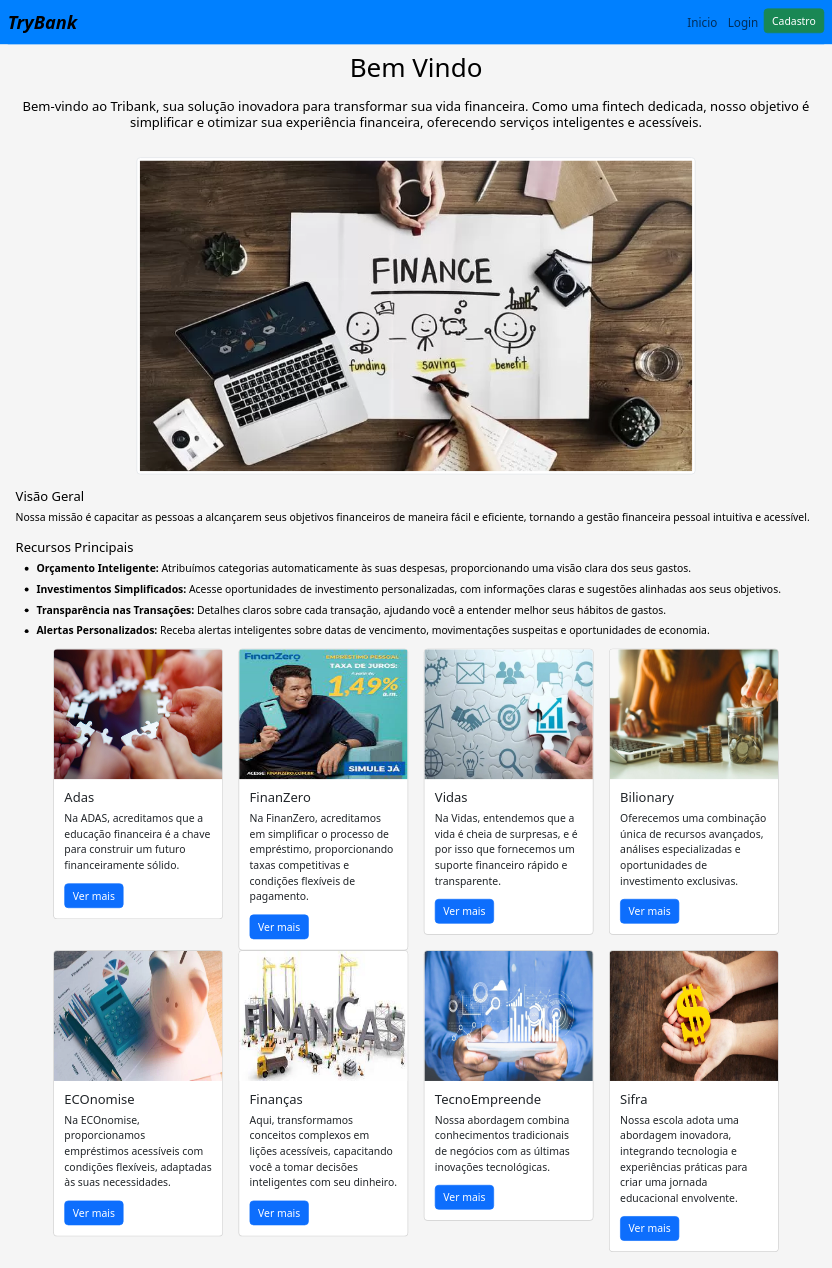
Repository: Rara05/FintechJava-Fiap
Page: http://localhost/Fintech/home.jsp
An editor plug-in stored every save of this project. The page is shown before and after the next save, followed by the edit.
The browser window is 1280 px wide. The pictures show the whole page, at 65% of full size.
The page is served by Tomcat 10.

Above is the page before, as saved 2023-11-10 22:53:31.

After the next save:
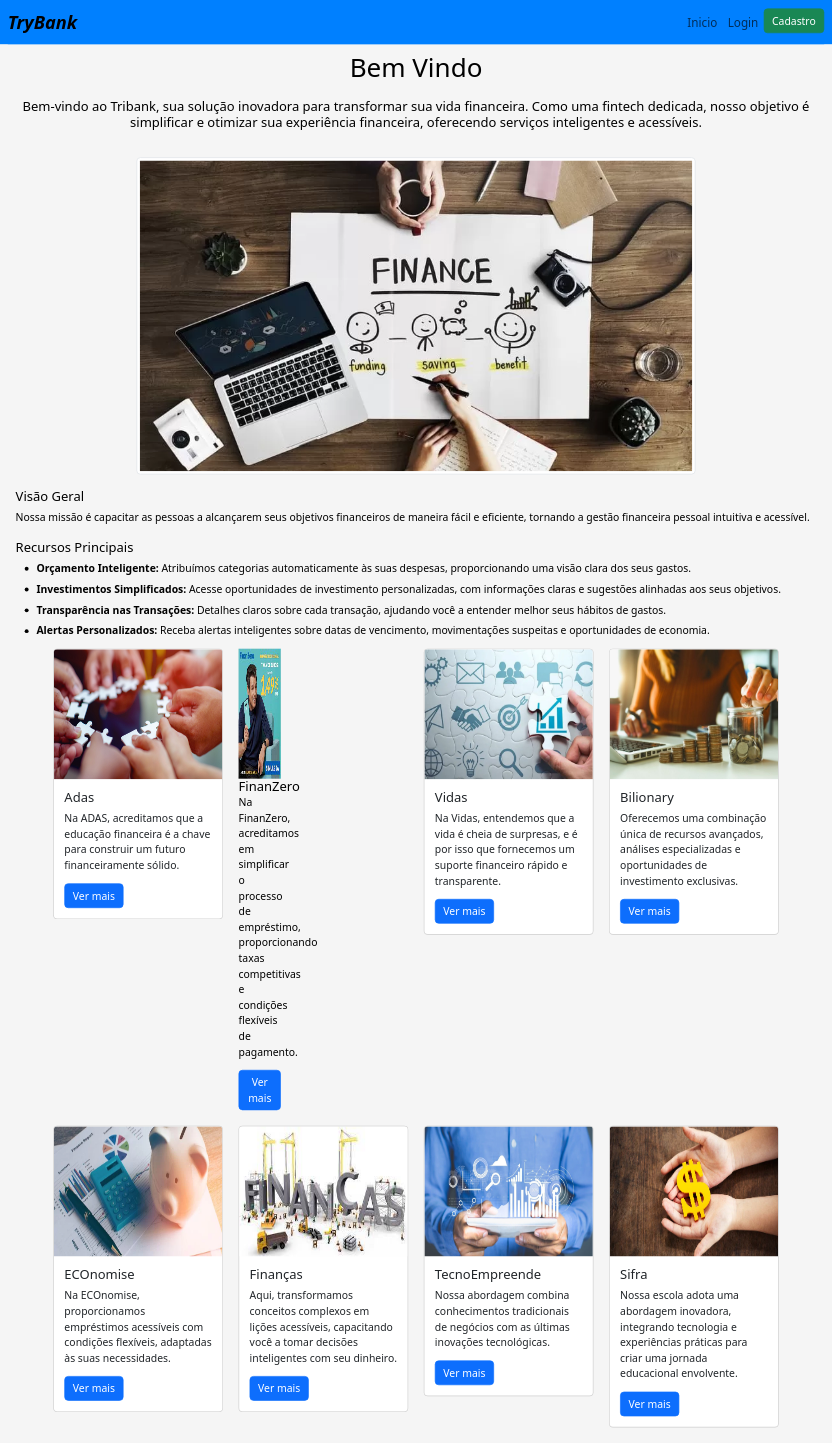
Saved 73 s later.
--- a/Fintech/WebContent/home.jsp
+++ b/Fintech/WebContent/home.jsp
@@ -77,7 +77,7 @@
         </div>
 
         <div class="col-sm-12 col-md-6 col-lg-4 col-xl-3">
-            <div class="card">
+            <div class="col-sm-12 col-md-6 col-lg-4 col-xl-3"style= "margin-bottom: 24px">
                 <img src="./img/selso.png" class="card-img-top" alt="..." style="width: 100%; height: 200px;">
                 <div class="card-body">
                     <h5 class="card-title">FinanZero</h5>
